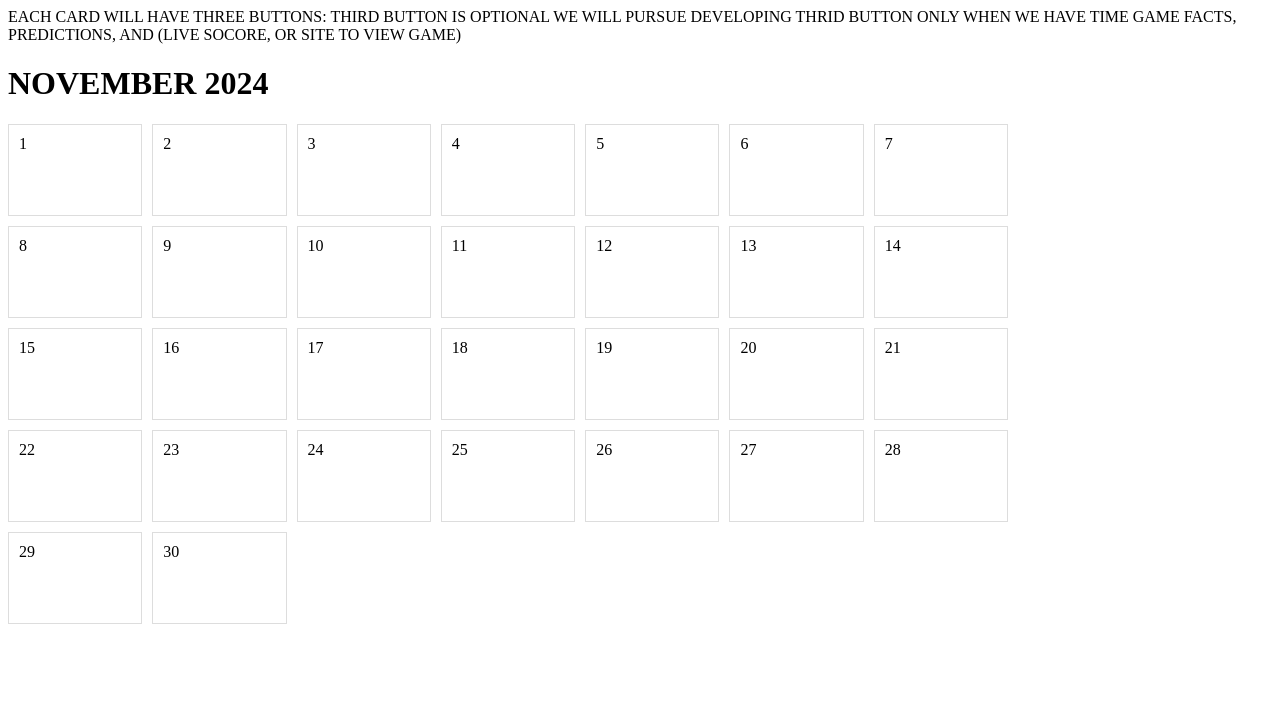
Repository: bredernd/Sports-Analytics
Page: http://localhost/CPS298_Nba/calendar
These files come from the project's save history. The page is drawn as it stood at one moment and after the next save; the edit follows.
The browser window is 1280 px wide. The pictures show the whole page.
The page is served by Tomcat 9. Other server files are loaded and not shown.

Above is the page before, as saved 2024-11-06 18:52:51.

### NBAProj/CPS298_Nba/src/main/webapp/WEB-INF/Dispatcher-servlet.xml
<?xml version="1.0" encoding="UTF-8"?>
<beans xmlns="http://www.springframework.org/schema/beans"
	xmlns:xsi="http://www.w3.org/2001/XMLSchema-instance"
	xmlns:context="http://www.springframework.org/schema/context"
	xmlns:mvc="http://www.springframework.org/schema/mvc"
	xmlns:tx="http://www.springframework.org/schema/tx"
	xsi:schemaLocation="http://www.springframework.org/schema/mvc http://www.springframework.org/schema/mvc/spring-mvc-4.3.xsd
		http://www.springframework.org/schema/beans http://www.springframework.org/schema/beans/spring-beans.xsd
		http://www.springframework.org/schema/context http://www.springframework.org/schema/context/spring-context-4.3.xsd
		http://www.springframework.org/schema/tx http://www.springframework.org/schema/tx/spring-tx-4.3.xsd">


	<context:component-scan
		base-package="com.cps298.nba">
	</context:component-scan>
	<mvc:annotation-driven></mvc:annotation-driven>
	<mvc:resources mapping="/resources/**" location="/resources/"></mvc:resources>
	<bean id="viewResolver"
		class="org.springframework.web.servlet.view.InternalResourceViewResolver">
	<property name="prefix" value="/WEB-INF/Views/"></property>
	<property name="suffix" value=".jsp"></property>
	</bean>

<!-- 	<bean id="myDataSource" -->
<!-- 		class="com.mchange.v2.c3p0.ComboPooledDataSource"> -->
<!-- 	<property name="driverClass" value="com.mysql.cj.jdbc.Driver"></property> -->
<!-- 	<property name="user" value="hbstudent"></property> -->
<!-- 	<property name="password" value="hbstudent"></property> -->
<!-- 	<property name="jdbcUrl" -->
<!-- 		value="jdbc:mysql://localhost:3306/movies?useSSL=false"> -->
<!-- 	</property> -->
<!-- 	<property name="minPoolSize" value="5"></property> -->
<!-- 	<property name="maxPoolSize" value="30"></property> -->
<!-- 	<property name="maxIdleTime" value="30000"></property> -->
<!-- 	</bean> -->
<!-- 	<bean id="sessionFactory" -->
<!-- 		class="org.springframework.orm.hibernate5.LocalSessionFactoryBean"> -->
<!-- 	<property name="dataSource" ref="myDataSource"></property> -->
<!-- 	<property name="packagesToScan" -->
<!-- 		value="com.cps298.nba.entity"> -->
<!-- 	</property> -->
<!-- 	<property name="hibernateProperties"> -->
<!-- 	<props> -->
<!-- 	<prop key="hibernate.dialect">org.hibernate.dialect.MySQLDialect</prop> -->
<!-- 	<prop key="hibernate.show_sql">true</prop> -->
<!-- 	</props> -->
<!-- 	</property> -->
<!-- 	</bean> -->
<!-- 	<bean id="myTransactionalManager" -->
<!-- 		class="org.springframework.orm.hibernate5.HibernateTransactionManager"> -->
<!-- 	<property name="sessionFactory" ref="sessionFactory"></property> -->
<!-- 	</bean> -->
<!-- 	<tx:annotation-driven transaction-manager="myTransactionalManager" /> -->
</beans>

### NBAProj/CPS298_Nba/src/main/webapp/WEB-INF/Views/calendar.jsp
<%@ page language="java" contentType="text/html; charset=ISO-8859-1"
    pageEncoding="ISO-8859-1"%>
<!DOCTYPE html>
<html>
<head>
<meta charset="ISO-8859-1">
<title>Calendar</title>

<style>
	.body{
	display: flex;
	justify-content: center;
	align-items: center;
	}

	.calendar {
	display: grid;
	grid-template-columns: repeat(7, 1fr);
	gap: 10px;
	width: 1000px;
	height: 500px;
	}

    .day {
    border: 1px solid #ddd;
    padding: 10px;
    }
</style>
</head>
<body>


EACH CARD WILL HAVE THREE BUTTONS: THIRD BUTTON IS OPTIONAL
WE WILL PURSUE DEVELOPING THRID BUTTON ONLY WHEN WE HAVE TIME
GAME FACTS, PREDICTIONS, AND (LIVE SOCORE, OR SITE TO VIEW GAME)

    <h1>${month} ${year}</h1>

    <div class="calendar">
        ${calendarHtml}
    </div>


</body>
</html>

### NBAProj/CPS298_Nba/src/main/java/com/cps298/nba/controller/MainController.java
package com.cps298.nba.controller;

import java.time.LocalDate;

import org.springframework.beans.factory.annotation.Autowired;
import org.springframework.stereotype.Controller;
import org.springframework.ui.Model;
import org.springframework.web.bind.annotation.RequestMapping;

import com.cps298.nba.service.CalendarService;

@Controller
public class MainController {

    @Autowired
    private CalendarService calendarService;

	@RequestMapping("/")
	public String home() {
		return "home";
	}

	@RequestMapping("/calendar")
	public String calendar(Model model) {
        LocalDate now = LocalDate.now();
        int year = now.getYear();
        int month = now.getMonthValue();

        // Use the service to generate the HTML
        String calendarHtml = calendarService.generateCalendarHtml(year, month);

        model.addAttribute("calendarHtml", calendarHtml);
        model.addAttribute("month", now.getMonth());
        model.addAttribute("year", year);

		return "calendar";
	}

	@RequestMapping("/news")
	public String news() {
		return "news";
	}

	@RequestMapping("/gameFacts")
	public String gameFacts() {
		return "gameFacts";
	}

	@RequestMapping("/predictions")
	public String predictions() {
		return "predictions";
	}
}

### NBAProj/CPS298_Nba/src/main/java/com/cps298/nba/service/CalendarService.java
package com.cps298.nba.service;

import java.time.LocalDate;
import java.time.YearMonth;

import org.springframework.stereotype.Service;

@Service
public class CalendarService {

    public String generateCalendarHtml(int year, int month) {
        StringBuilder calendarHtml = new StringBuilder();
        YearMonth yearMonth = YearMonth.of(year, month);

        for (int day = 1; day <= yearMonth.lengthOfMonth(); day++) {
            calendarHtml.append("<div class='day'>").append(day).append("</div>");
        }

        return calendarHtml.toString();
    }

}

After the next save:
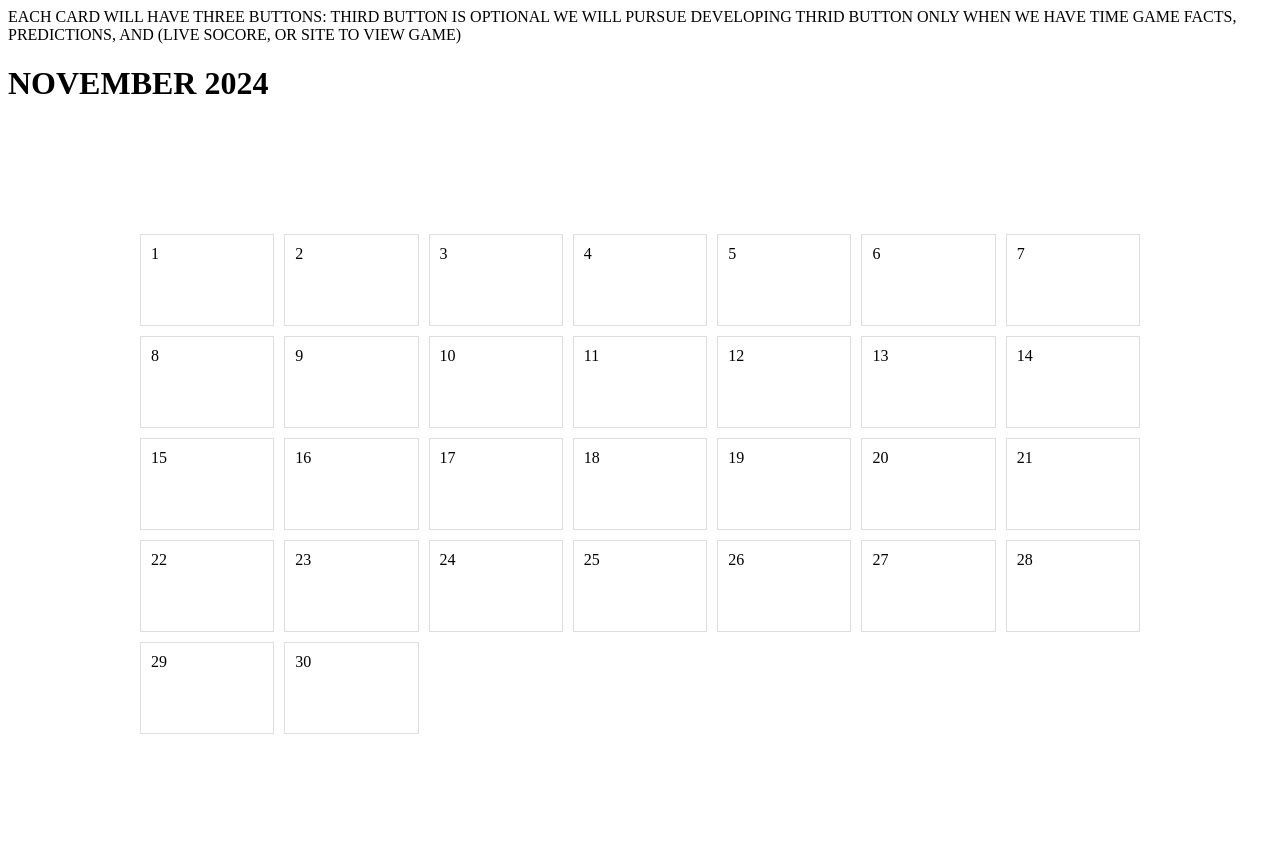
Saved 3 min 2 s later.
--- a/NBAProj/CPS298_Nba/src/main/webapp/WEB-INF/Views/calendar.jsp
+++ b/NBAProj/CPS298_Nba/src/main/webapp/WEB-INF/Views/calendar.jsp
@@ -7,10 +7,11 @@
 <title>Calendar</title>
 
 <style>
-	.body{
-	display: flex;
-	justify-content: center;
-	align-items: center;
+	.container {
+    display: flex;
+    justify-content: center;
+    align-items: center;
+    min-height: 100vh;
 	}
 
 	.calendar {
@@ -35,9 +36,10 @@ WE WILL PURSUE DEVELOPING THRID BUTTON ONLY WHEN WE HAVE TIME
 GAME FACTS, PREDICTIONS, AND (LIVE SOCORE, OR SITE TO VIEW GAME)
 
     <h1>${month} ${year}</h1>
-
-    <div class="calendar">
-        ${calendarHtml}
+	<div class="container">
+    	<div class="calendar">
+        	${calendarHtml}
+    	</div>
     </div>
 
 
